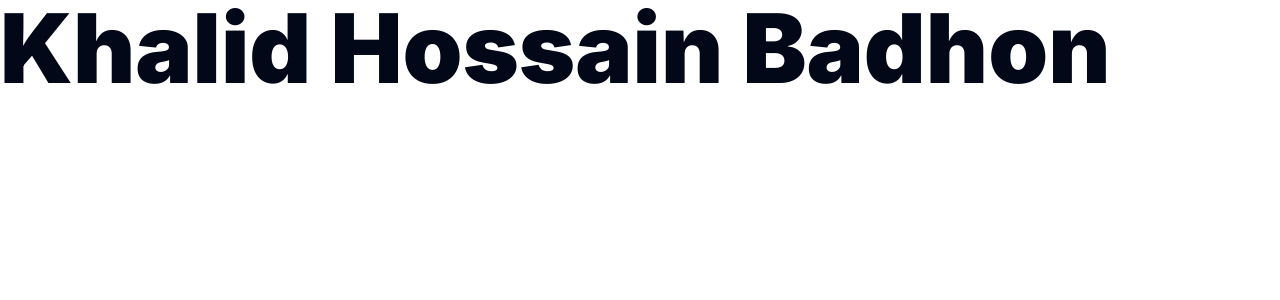
Repository: badhon252/portfolio
Page: /works
The author's editor kept a copy of each file at every save. The page is drawn from the files as they stood at one save, then again after the next save.
The browser window is 1280 px wide. The pictures show the whole page.
The project was rebuilt for these pictures with package versions that can differ from the ones it lists, and the page was loaded fresh each time. The framework's server and built-in components were replaced by stand-ins that run in the browser. Also part of the build but not shown: next.config.mjs.

Above is the page before, as saved 2024-08-25 16:51:33.

### app/layout.tsx
import type { Metadata } from 'next';
import { Inter } from 'next/font/google';
import './globals.css';

const inter = Inter({ subsets: ['latin'] });

export const metadata: Metadata = {
  title: 'Khalid Hossain | Web Developer',
  description:
    'Passionate Software Engineer with expertise in JavaScript and Python, specializing in crafting high-quality web applications. Proficient in Next.js for building efficient andscalable solutions. Dedicated to delivering exceptional user experiences throughcutting-edge technologies.',
};

export default function RootLayout({
  children,
}: Readonly<{
  children: React.ReactNode;
}>) {
  return (
    <html lang="en">
      <body className={inter.className}>{children}</body>
    </html>
  );
}

### app/works/page.tsx
export default function HeroSection() {
  return (
    <section>
      <h1 className="h1 text-8xl font-black">Khalid Hossain Badhon</h1>
    </section>
  );
}

Loaded but not shown: app/globals.css (common file); tailwind.config.ts (common file)

After the next save:
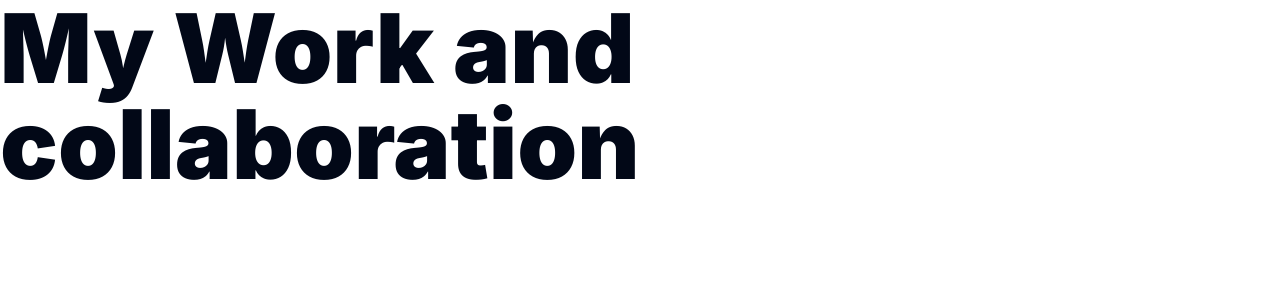
Saved 13 s later.
--- a/app/works/page.tsx
+++ b/app/works/page.tsx
@@ -1,7 +1,7 @@
 export default function HeroSection() {
   return (
     <section>
-      <h1 className="h1 text-8xl font-black">Khalid Hossain Badhon</h1>
+      <h1 className="h1 text-8xl font-black">My Work and collaboration</h1>
     </section>
   );
 }
